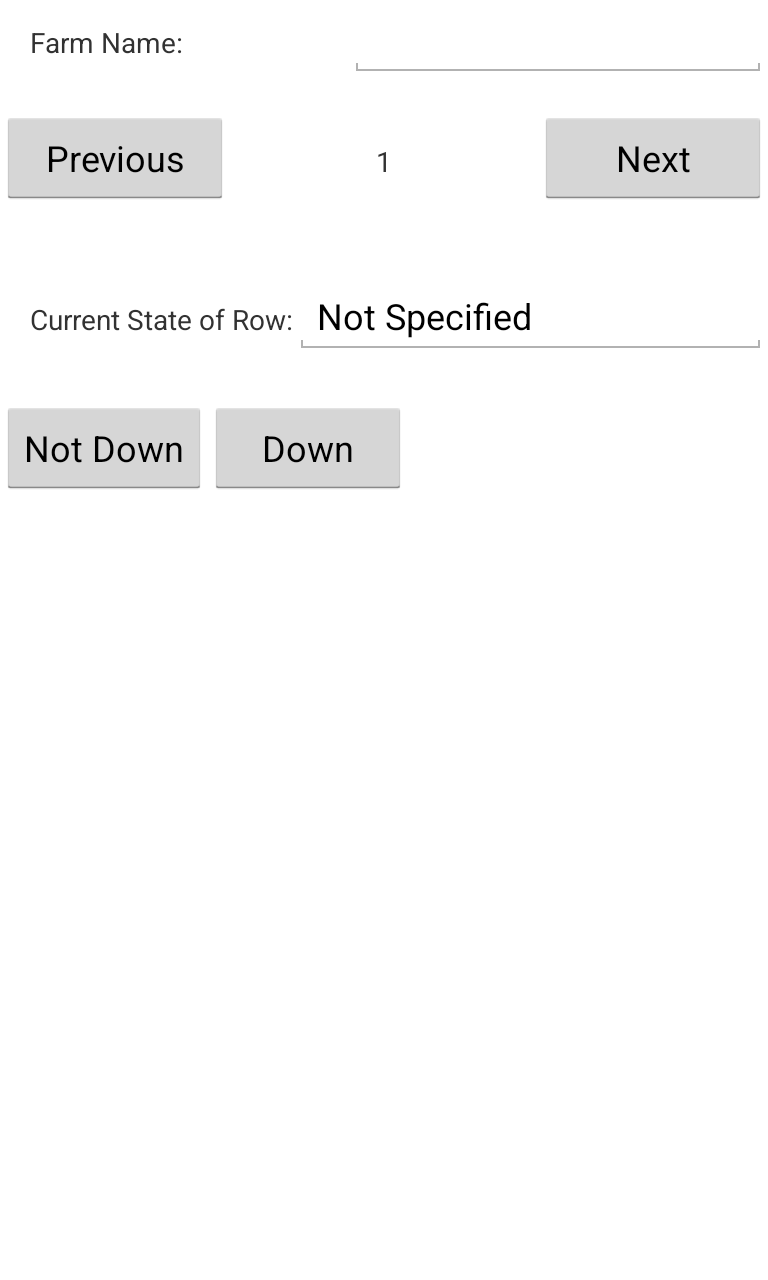
Repository: cokembel/FarmHand
Layout: FarmHand/res/layout/activity_main.xml
The author's editor kept a copy of each file at every save. The layout is drawn from the files as they stood at one save, then again after the next save.
It is drawn on a 768 x 1280 px phone screen (xhdpi) without system bars, with theme AppTheme; the app's code is not run.

Above is the layout before, as saved 2012-12-03 08:49:45.

### FarmHand/res/layout/activity_main.xml

    <ScrollView xmlns:android="http://schemas.android.com/apk/res/android"
        android:layout_width="match_parent"
        android:layout_height="match_parent"
        android:layout_alignParentLeft="true"
        android:layout_alignParentTop="true" >

        <RelativeLayout
            android:layout_width="match_parent"
            android:layout_height="wrap_content" >

            <AutoCompleteTextView
                android:id="@+id/farm_name"
                android:layout_width="wrap_content"
                android:layout_height="wrap_content"
                android:layout_alignParentRight="true"
                android:layout_alignParentTop="true"
                android:ems="10" />

            <Button
                android:id="@+id/prev_row_button"
                android:layout_width="115dp"
                android:layout_height="wrap_content"
                android:layout_gravity="left"
                android:layout_marginTop="55dp"
                android:text="Previous" />

            <TextView
                android:id="@+id/farm_label"
                android:layout_width="100dp"
                android:layout_height="wrap_content"
                android:layout_alignBaseline="@id/farm_name"
                android:layout_alignBottom="@id/farm_name"
                android:layout_alignRight="@id/prev_row_button"
                android:text="@string/farm_name" />

            <TextView
                android:id="@+id/status_label"
                android:layout_width="wrap_content"
                android:layout_height="wrap_content"
                android:layout_marginTop="150dp"
                android:layout_alignLeft="@id/farm_label"
                android:text="@string/status" />

            <EditText
                android:id="@+id/current_status"
                android:layout_width="match_parent"
                android:layout_height="wrap_content"
                android:layout_alignBaseline="@id/status_label"
                android:layout_alignParentRight="true"
                android:layout_toRightOf="@+id/status_label"
                android:text="Not Specified" />

            <Button
                android:id="@+id/down_button"
                android:layout_width="100dp"
                android:layout_height="wrap_content"
                android:layout_marginTop="200dp"
                android:layout_toRightOf="@id/not_down_button"
                android:text="Down" />

            <Button
                android:id="@+id/not_down_button"
                android:layout_width="wrap_content"
                android:layout_height="wrap_content"
                android:layout_alignParentBottom="true"
                android:layout_alignParentLeft="true"
                android:text="Not Down" />

            <Button
                android:id="@+id/next_row_button"
                android:layout_width="115dp"
                android:layout_height="match_parent"
                android:layout_alignBottom="@+id/prev_row_button"
                android:layout_alignParentRight="true"
                android:layout_alignTop="@+id/prev_row_button"
                android:text="Next" />

            <TextView
                android:id="@+id/row_number"
                android:layout_width="100dp"
                android:layout_height="40dp"
                android:layout_alignBaseline="@+id/prev_row_button"
                android:layout_alignBottom="@+id/prev_row_button"
                android:layout_centerHorizontal="true"
                android:gravity="center"
                android:text="1" />

        </RelativeLayout>

    </ScrollView>

### FarmHand/res/values/strings.xml
<resources>

    <string name="app_name">FarmHand</string>
    <string name="menu_settings">Settings</string>
    <string name="title_activity_main">MainActivity</string>
    <string name="farm_name">Farm Name:</string>
	<string name="status">Current State of Row:</string>

</resources>

Loaded but not shown: FarmHand/res/values-v11/styles.xml (common file); FarmHand/res/values-v14/styles.xml (common file); FarmHand/res/values/styles.xml (common file)

After the next save:
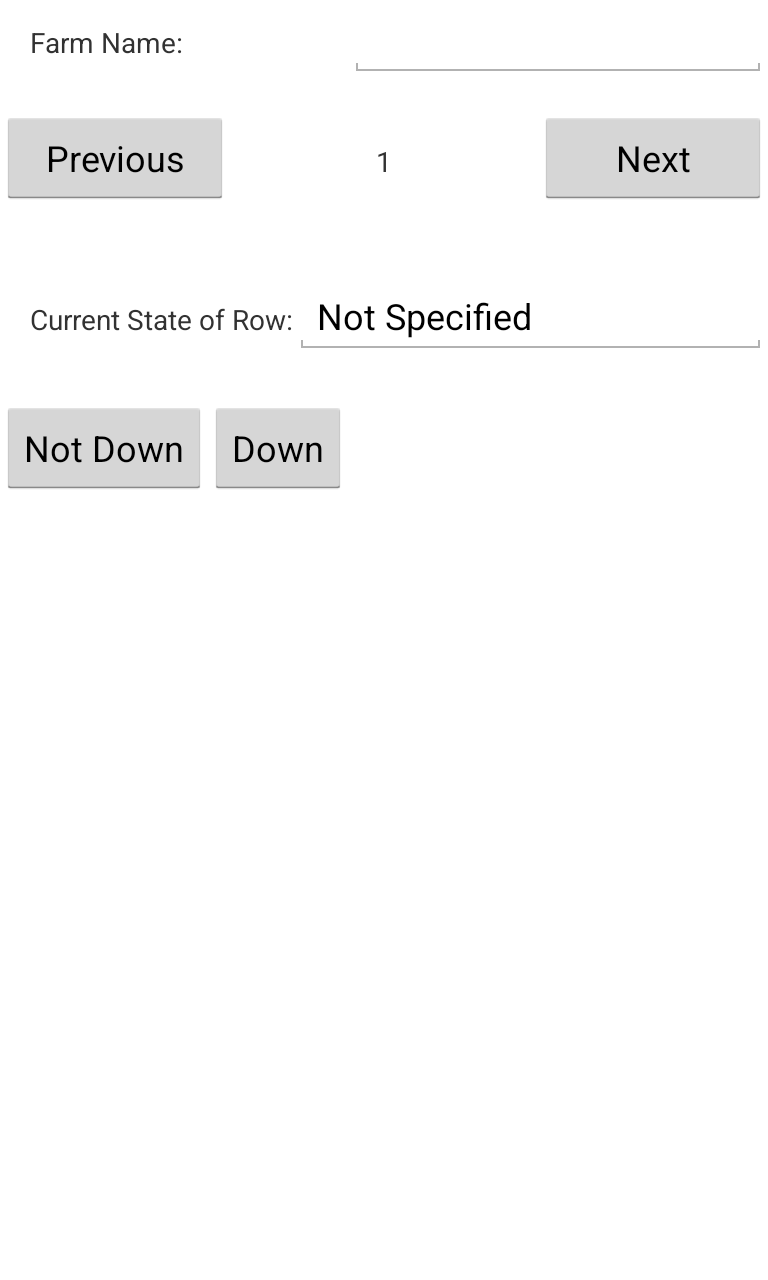
Saved 20 s later.
--- a/FarmHand/res/layout/activity_main.xml
+++ b/FarmHand/res/layout/activity_main.xml
@@ -53,7 +53,7 @@
 
             <Button
                 android:id="@+id/down_button"
-                android:layout_width="100dp"
+                android:layout_width="wrap_content"
                 android:layout_height="wrap_content"
                 android:layout_marginTop="200dp"
                 android:layout_toRightOf="@id/not_down_button"
